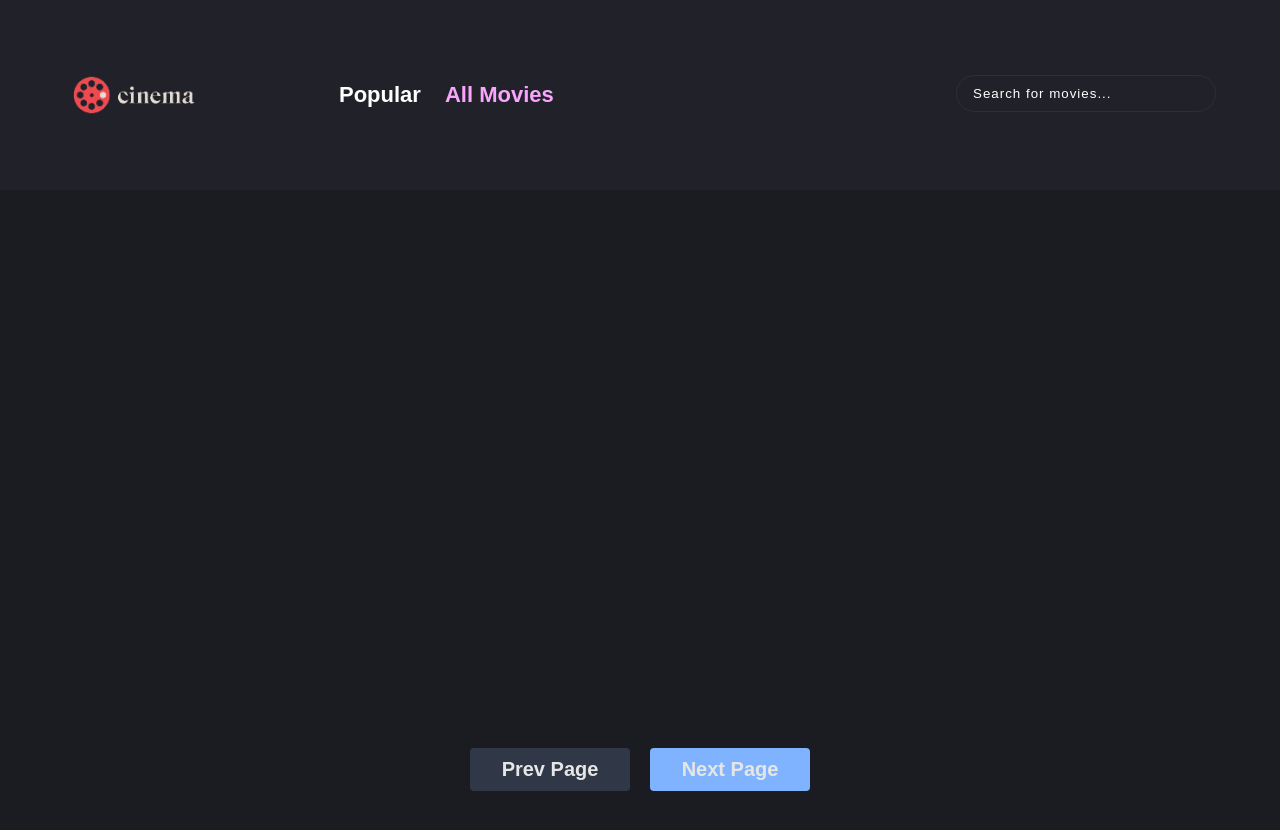
Repository: Datt21/movie-app
Page: /, after clicking the first element matching `div.hidden > :nth-child(2)`
The author's editor kept a copy of each file at every save. The page is drawn from the files as they stood at one save, then again after the next save.
The browser window is 1280 px wide. The pictures show the whole page.
The page's requests for data from a server got no answer. The project was rebuilt for these pictures with package versions that can differ from the ones it lists, and the page was loaded fresh each time. No one was signed in, and anything a server would have sent is missing. Also part of the build but not shown: src/components/GlobalComponents/Loader.js.

Above is the page before, as saved 2021-09-09 00:24:36.

After the next save:
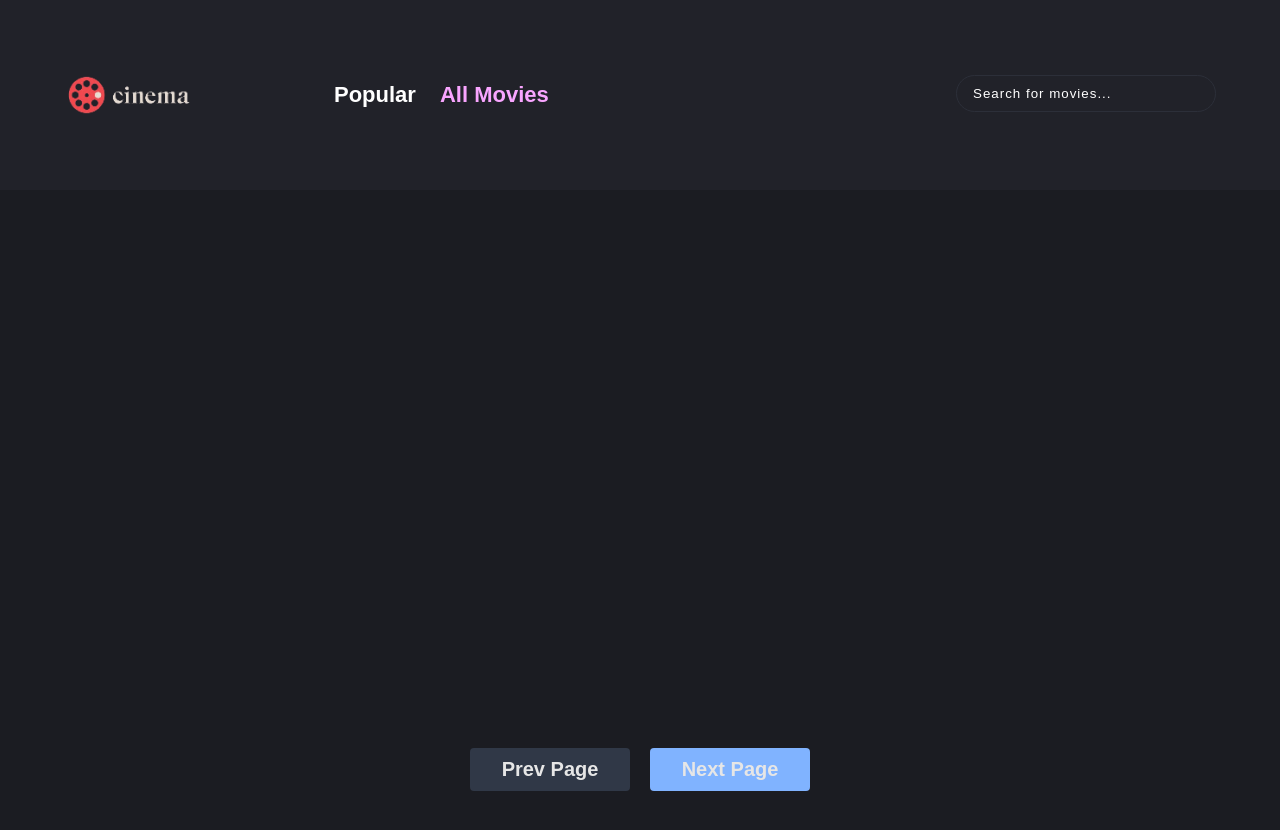
Saved 5 s later.
--- a/src/components/Hero/HeroNav/HeroNavLogo.js
+++ b/src/components/Hero/HeroNav/HeroNavLogo.js
@@ -8,7 +8,7 @@ const HeroNavLogo = () => <img css={styles} src ={logo} alt="logo" />;
 const styles = css`
   height: 150px;
   width: 250px;
-  margin-left: -55px;
+  margin-left: -60px;
   object-fit: cover;
 
 `;
